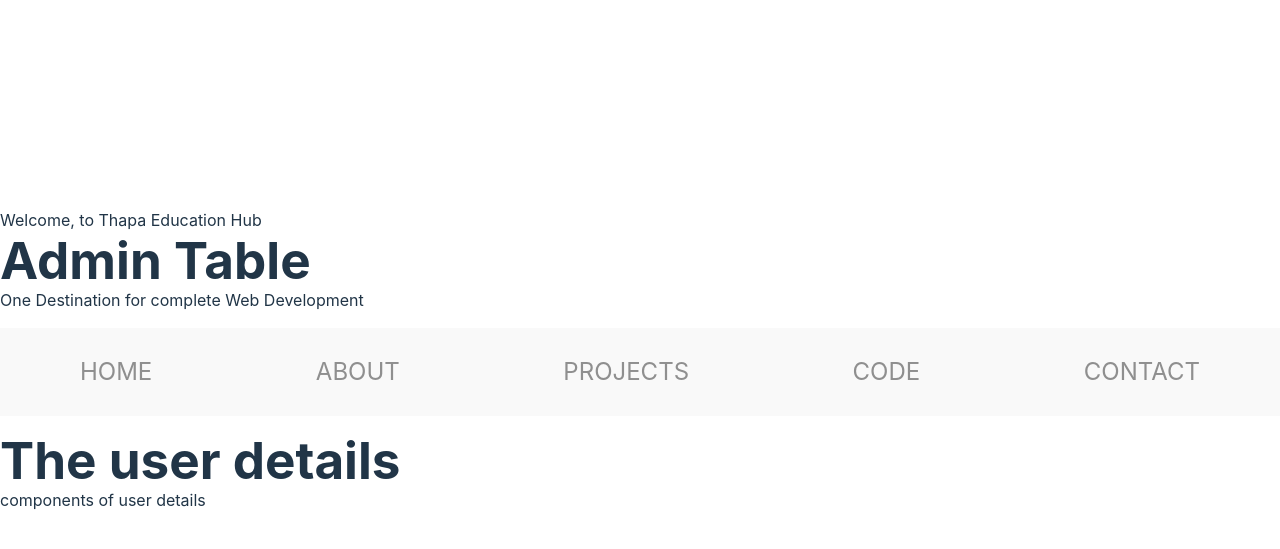
Repository: suraj-yadav7/employeeData-redux
Page: /
An editor plug-in stored every save of this project. The page is shown before and after the next save, followed by the edit.
The browser window is 1280 px wide. The pictures show the whole page.
The project was rebuilt for these pictures with package versions that can differ from the ones it lists, and the page was loaded fresh each time. Also part of the build but not shown: vite.config.js.

Above is the page before, as saved 2023-05-10 11:52:16.

After the next save:
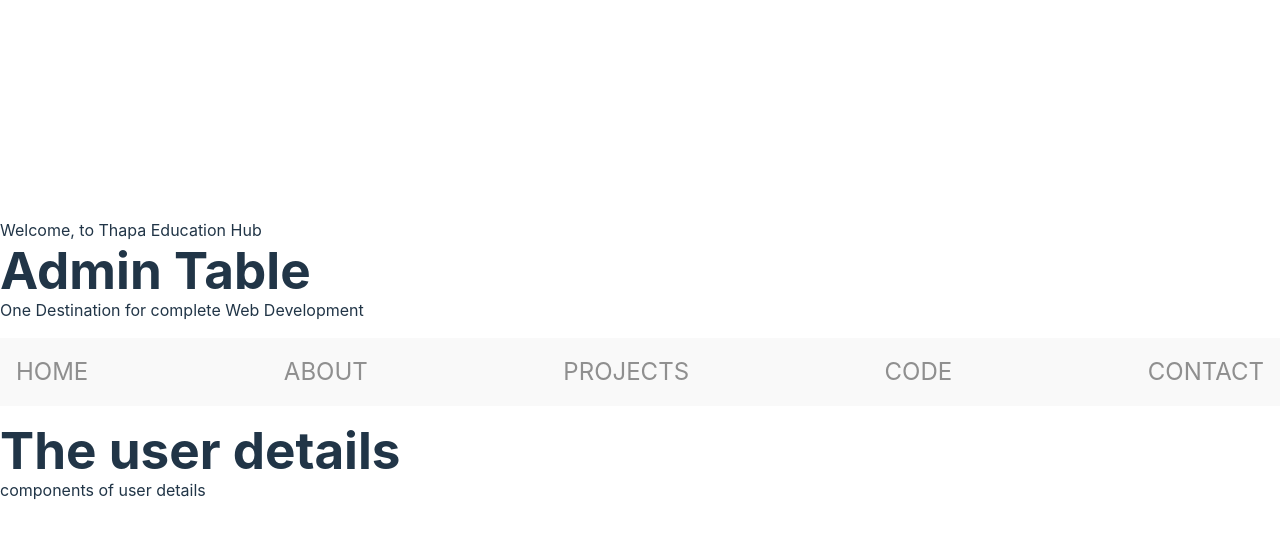
Saved 47 s later.
--- a/src/App.css
+++ b/src/App.css
@@ -18,7 +18,7 @@
   justify-content: space-between;
 }
 nav .menuItems li {
-  margin: 1.6rem 5rem;
+  margin: 1rem 1rem;
 }
 nav .menuItems li a {
   text-decoration: none;
